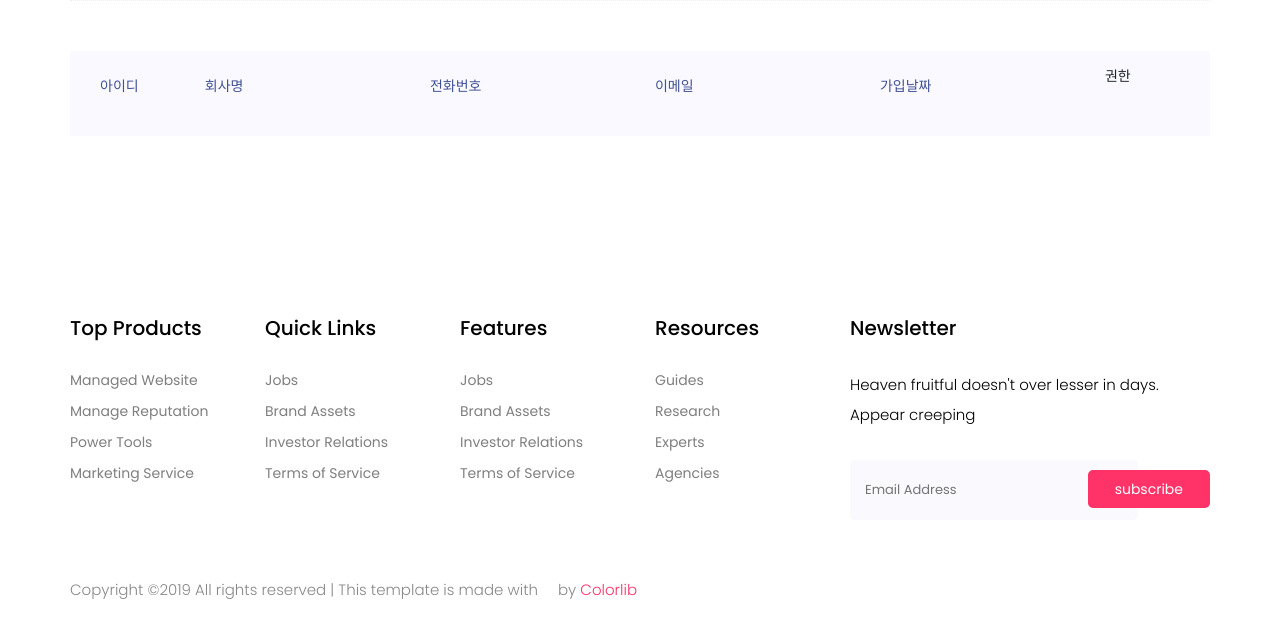
Repository: Park-SM/JspInUniv
Page: http://localhost/park-shop/member-list.jsp
An editor plug-in stored every save of this project. The page is shown before and after a run of saves, followed by the edit.
The browser window is 1280 px wide. The pictures show the part of the page from y = 499 to 1129 px (the page is 1129 px tall).
Some web fonts or font styles are not loaded; a fallback is used. The page is served by Tomcat 9. Other server files are loaded and not shown.

Above is the page before, as saved 2019-12-18 18:13:23.

### 2a201612015/park-shop/WebContent/member-list.jsp
<%@ page language="java" contentType="text/html; charset=UTF-8" pageEncoding="UTF-8"%>
<%@ taglib uri="http://java.sun.com/jsp/jstl/core" prefix="c" %>
<!doctype html>
<html lang="zxx">

<head>
	<!-- Required meta tags -->
	<meta charset="utf-8">
	<meta name="viewport" content="width=device-width, initial-scale=1, shrink-to-fit=no">
	<title>aranoz</title>
	<link rel="icon" href="img/favicon.png">
	<!-- Bootstrap CSS -->
	<link rel="stylesheet" href="css/bootstrap.min.css">
	<!-- animate CSS -->
	<link rel="stylesheet" href="css/animate.css">
	<!-- owl carousel CSS -->
	<link rel="stylesheet" href="css/owl.carousel.min.css">
	<!-- font awesome CSS -->
	<link rel="stylesheet" href="css/all.css">
	<!-- flaticon CSS -->
	<link rel="stylesheet" href="css/flaticon.css">
	<link rel="stylesheet" href="css/themify-icons.css">
	<link rel="stylesheet" href="css/nice-select.css">
	<!-- font awesome CSS -->
	<link rel="stylesheet" href="css/magnific-popup.css">
	<!-- swiper CSS -->
	<link rel="stylesheet" href="css/slick.css">
	<!-- style CSS -->
	<link rel="stylesheet" href="css/style.css">
</head>

<body>
	<!--::header part start::-->
	<%@ include file="header.jsp" %>
	<!-- Header part end-->


	<!-- breadcrumb start-->
	<section class="breadcrumb breadcrumb_bg">
		<div class="container">
			<div class="row">
				<div class="col-lg-12">
					<div class="breadcrumb_iner text-center">
						<div class="breadcrumb_iner_item">
							<h2>elements</h2>
						</div>
					</div>
				</div>
			</div>
		</div>
	</section>
	<!-- breadcrumb start-->

	<!-- Start Align Area -->
	<div class="whole-wrap">
		<div class="container box_1170">
			<div class="section-top-border">
				<div class="progress-table-wrap">
					<div class="progress-table">
						<div class="table-head">
							<div class="serial">아이디</div>
							<div class="visit">회사명</div>
							<div class="visit">전화번호</div>
							<div class="visit">이메일</div>
							<div class="visit">가입날짜</div>
							<div>권한</div>
						</div>

						 <c:choose>
	                         <c:when test="${ requestScope.memberlist != null}" >
	                            <c:forEach var="m" items="${ requestScope.memberlist }">
									<div class="table-row">
										<div class="serial">${ m.id }</div>
										<div class="visit">${ m.name }</div>
										<div class="visit">${ m.phone }</div>
										<div class="visit">${ m.email }</div>
										<div class="visit">${ m.regDate }</div>
										<div>${ m.rank }</div>
									</div>
								</c:forEach>
	                         </c:when>
	                         <c:otherwise>
	                         </c:otherwise>
                         </c:choose>

					</div>
				</div>
			</div>
		</div>
	</div>
	<!-- End Align Area -->

	<!--::footer_part start::-->
	<%@ include file="footer.jsp" %>
	<!--::footer_part end::-->

	<!-- jquery plugins here-->
	<!-- jquery -->
	<script src="js/jquery-1.12.1.min.js"></script>
	<!-- popper js -->
	<script src="js/popper.min.js"></script>
	<!-- bootstrap js -->
	<script src="js/bootstrap.min.js"></script>
	<!-- easing js -->
	<script src="js/jquery.magnific-popup.js"></script>
	<!-- swiper js -->
	<script src="js/swiper.min.js"></script>
	<!-- swiper js -->
	<script src="js/masonry.pkgd.js"></script>
	<!-- particles js -->
	<script src="js/owl.carousel.min.js"></script>
	<script src="js/jquery.nice-select.min.js"></script>
	<!-- slick js -->
	<script src="js/slick.min.js"></script>
	<script src="js/jquery.counterup.min.js"></script>
	<script src="js/waypoints.min.js"></script>
	<script src="js/contact.js"></script>
	<script src="js/jquery.ajaxchimp.min.js"></script>
	<script src="js/jquery.form.js"></script>
	<script src="js/jquery.validate.min.js"></script>
	<script src="js/mail-script.js"></script>
	<!-- custom js -->
	<script src="js/custom.js"></script>
</body>

</html>

### 2a201612015/park-shop/WebContent/header.jsp
    <%@ taglib uri="http://java.sun.com/jsp/jstl/core" prefix="c" %>

    <header class="main_menu home_menu">
        <div class="container">
            <div class="row align-items-center">
                <div class="col-lg-12">
                    <nav class="navbar navbar-expand-lg navbar-light">
                        <a class="navbar-brand" href="index.jsp"> <img src="img/logo.png" alt="logo"> </a>
                        <button class="navbar-toggler" type="button" data-toggle="collapse"
                            data-target="#navbarSupportedContent" aria-controls="navbarSupportedContent"
                            aria-expanded="false" aria-label="Toggle navigation">
                            <span class="menu_icon"><i class="fas fa-bars"></i></span>
                        </button>

                        <div class="collapse navbar-collapse main-menu-item" id="navbarSupportedContent">
                            <ul class="navbar-nav">
                                <li class="nav-item">
                                    <a class="nav-link" href="member-list.do">Members</a>
                                </li>
                                <li class="nav-item dropdown">
                                    <a class="nav-link dropdown-toggle" href="blog.jsp" id="navbarDropdown_1"
                                        role="button" data-toggle="dropdown" aria-haspopup="true" aria-expanded="false">
                                        Shop
                                    </a>
                                    <div class="dropdown-menu" aria-labelledby="navbarDropdown_1">
                                        <a class="dropdown-item" href="category.jsp"> shop category</a>
                                        <a class="dropdown-item" href="product-list.do">product lists</a>
                                    </div>
                                </li>
                                <li class="nav-item dropdown">
                                    <a class="nav-link dropdown-toggle" href="blog.jsp" id="navbarDropdown_3"
                                        role="button" data-toggle="dropdown" aria-haspopup="true" aria-expanded="false">
                                        pages
                                    </a>
                                    <div class="dropdown-menu" aria-labelledby="navbarDropdown_2">
                                    	<c:if test="${sessionScope.login != 'success' }">
                                        	<a class="dropdown-item" href="login.jsp"> login</a>
                                        </c:if>

                                         <c:choose>
				                            <c:when test="${ sessionScope.login_id == 'admin' }" >
				                            	<a class="dropdown-item" href="product-register.jsp">product register</a>
				                            </c:when>
				                        </c:choose>
                                        <a class="dropdown-item" href="member-list.do">member-list</a>
                                        <a class="dropdown-item" href="checkout.jsp">product checkout</a>
                                        <a class="dropdown-item" href="cart.jsp">shopping cart</a>
                                        <a class="dropdown-item" href="confirmation.jsp">confirmation</a>
                                        <a class="dropdown-item" href="elements.jsp">elements</a>
                                    </div>
                                </li>
                                <li class="nav-item dropdown">
                                    <a class="nav-link dropdown-toggle" href="blog.jsp" id="navbarDropdown_2"
                                        role="button" data-toggle="dropdown" aria-haspopup="true" aria-expanded="false">
                                        blog
                                    </a>
                                    <div class="dropdown-menu" aria-labelledby="navbarDropdown_2">
                                        <a class="dropdown-item" href="blog.jsp"> blog</a>
                                        <a class="dropdown-item" href="single-blog.jsp">Single blog</a>
                                    </div>
                                </li>

                                <li class="nav-item">
                                    <a class="nav-link" href="contact.jsp">Contact</a>
                                </li>
                            </ul>
                        </div>
                        <div class="hearer_icon d-flex">
                            <a id="search_1" href="javascript:void(0)"><i class="ti-search"></i></a>

                            <c:choose>
	                            <c:when test="${sessionScope.login != 'success'}" >
	                            	<a href="login.jsp"><i class="ti-heart-broken"></i></a>
	                            </c:when>
	                            <c:otherwise>
	                            	<a href='confirm-pw.jsp?id=${ sessionScope.login_id }'><i class="ti-user"></i></button>
	                            	<a href="logout.jsp"><i class="ti-arrow-right"></i></a>
	                            </c:otherwise>
                            </c:choose>



                        <%---
                            <%
                            	String loginInfo = (String) session.getAttribute("login");
                            	if (loginInfo != null && loginInfo.equals("success")) {
                            %>
                            		<a href="info.jsp"><i class="ti-heart"></i></a>
                            		<a href="logout.jsp"><i class="ti-arrow-right"></i></a>
                            <%
                            	} else {
                            %>
                            		<a href="login.jsp"><i class="ti-heart-broken"></i></a>
                            <%
                            	}
                            %>
                        --%>

                            <div class="dropdown cart">
                                <a class="dropdown-toggle" href="./product-list.do" id="navbarDropdown3" role="button">
                                    <i class="fas fa-cart-plus"></i>
                                </a>
                                <!-- <div class="dropdown-menu" aria-labelledby="navbarDropdown">
                                    <div class="single_product">

                                    </div>
                                </div> -->

                            </div>
                        </div>
                    </nav>
                </div>
            </div>
        </div>
    </header>

### 2a201612015/park-shop/WebContent/footer.jsp
<footer class="footer_part">
        <div class="container">
            <div class="row justify-content-around">
                <div class="col-sm-6 col-lg-2">
                    <div class="single_footer_part">
                        <h4>Top Products</h4>
                        <ul class="list-unstyled">
                            <li><a href="">Managed Website</a></li>
                            <li><a href="">Manage Reputation</a></li>
                            <li><a href="">Power Tools</a></li>
                            <li><a href="">Marketing Service</a></li>
                        </ul>
                    </div>
                </div>
                <div class="col-sm-6 col-lg-2">
                    <div class="single_footer_part">
                        <h4>Quick Links</h4>
                        <ul class="list-unstyled">
                            <li><a href="">Jobs</a></li>
                            <li><a href="">Brand Assets</a></li>
                            <li><a href="">Investor Relations</a></li>
                            <li><a href="">Terms of Service</a></li>
                        </ul>
                    </div>
                </div>
                <div class="col-sm-6 col-lg-2">
                    <div class="single_footer_part">
                        <h4>Features</h4>
                        <ul class="list-unstyled">
                            <li><a href="">Jobs</a></li>
                            <li><a href="">Brand Assets</a></li>
                            <li><a href="">Investor Relations</a></li>
                            <li><a href="">Terms of Service</a></li>
                        </ul>
                    </div>
                </div>
                <div class="col-sm-6 col-lg-2">
                    <div class="single_footer_part">
                        <h4>Resources</h4>
                        <ul class="list-unstyled">
                            <li><a href="">Guides</a></li>
                            <li><a href="">Research</a></li>
                            <li><a href="">Experts</a></li>
                            <li><a href="">Agencies</a></li>
                        </ul>
                    </div>
                </div>
                <div class="col-sm-6 col-lg-4">
                    <div class="single_footer_part">
                        <h4>Newsletter</h4>
                        <p>Heaven fruitful doesn't over lesser in days. Appear creeping
                        </p>
                        <div id="mc_embed_signup">
                            <form target="_blank"
                                action="https://spondonit.us12.list-manage.com/subscribe/post?u=1462626880ade1ac87bd9c93a&amp;id=92a4423d01"
                                method="get" class="subscribe_form relative mail_part">
                                <input type="email" name="email" id="newsletter-form-email" placeholder="Email Address"
                                    class="placeholder hide-on-focus" onfocus="this.placeholder = ''"
                                    onblur="this.placeholder = ' Email Address '">
                                <button type="submit" name="submit" id="newsletter-submit"
                                    class="email_icon newsletter-submit button-contactForm">subscribe</button>
                                <div class="mt-10 info"></div>
                            </form>
                        </div>
                    </div>
                </div>
            </div>

        </div>
        <div class="copyright_part">
            <div class="container">
                <div class="row">
                    <div class="col-lg-8">
                        <div class="copyright_text">
                            <P><!-- Link back to Colorlib can't be removed. Template is licensed under CC BY 3.0. -->
Copyright &copy;<script>document.write(new Date().getFullYear());</script> All rights reserved | This template is made with <i class="ti-heart" aria-hidden="true"></i> by <a href="https://colorlib.com" target="_blank">Colorlib</a>
<!-- Link back to Colorlib can't be removed. Template is licensed under CC BY 3.0. --></P>
                        </div>
                    </div>
                    <div class="col-lg-4">
                        <div class="footer_icon social_icon">
                            <ul class="list-unstyled">
                                <li><a href="#" class="single_social_icon"><i class="fab fa-facebook-f"></i></a></li>
                                <li><a href="#" class="single_social_icon"><i class="fab fa-twitter"></i></a></li>
                                <li><a href="#" class="single_social_icon"><i class="fas fa-globe"></i></a></li>
                                <li><a href="#" class="single_social_icon"><i class="fab fa-behance"></i></a></li>
                            </ul>
                        </div>
                    </div>
                </div>
            </div>
        </div>
    </footer>

### 2a201612015/park-shop/WebContent/js/contact.js
$(document).ready(function(){

    (function($) {
        "use strict";


    jQuery.validator.addMethod('answercheck', function (value, element) {
        return this.optional(element) || /^\bcat\b$/.test(value)
    }, "type the correct answer -_-");

    // validate contactForm form
    $(function() {
        $('#contactForm').validate({
            rules: {
                name: {
                    required: true,
                    minlength: 2
                },
                subject: {
                    required: true,
                    minlength: 4
                },
                number: {
                    required: true,
                    minlength: 5
                },
                email: {
                    required: true,
                    email: true
                },
                message: {
                    required: true,
                    minlength: 20
                }
            },
            messages: {
                name: {
                    required: "come on, you have a name, don't you?",
                    minlength: "your name must consist of at least 2 characters"
                },
                subject: {
                    required: "come on, you have a subject, don't you?",
                    minlength: "your subject must consist of at least 4 characters"
                },
                number: {
                    required: "come on, you have a number, don't you?",
                    minlength: "your Number must consist of at least 5 characters"
                },
                email: {
                    required: "no email, no message"
                },
                message: {
                    required: "um...yea, you have to write something to send this form.",
                    minlength: "thats all? really?"
                }
            },
            submitHandler: function(form) {
                $(form).ajaxSubmit({
                    type:"POST",
                    data: $(form).serialize(),
                    url:"contact_process.php",
                    success: function() {
                        $('#contactForm :input').attr('disabled', 'disabled');
                        $('#contactForm').fadeTo( "slow", 1, function() {
                            $(this).find(':input').attr('disabled', 'disabled');
                            $(this).find('label').css('cursor','default');
                            $('#success').fadeIn()
                            $('.modal').modal('hide');
		                	$('#success').modal('show');
                        })
                    },
                    error: function() {
                        $('#contactForm').fadeTo( "slow", 1, function() {
                            $('#error').fadeIn()
                            $('.modal').modal('hide');
		                	$('#error').modal('show');
                        })
                    }
                })
            }
        })
    })

 })(jQuery)
})

### 2a201612015/park-shop/WebContent/js/mail-script.js
    // -------   Mail Send ajax

     $(document).ready(function() {
        var form = $('#myForm'); // contact form
        var submit = $('.submit-btn'); // submit button
        var alert = $('.alert-msg'); // alert div for show alert message

        // form submit event
        form.on('submit', function(e) {
            e.preventDefault(); // prevent default form submit

            $.ajax({
                url: 'mail.php', // form action url
                type: 'POST', // form submit method get/post
                dataType: 'html', // request type html/json/xml
                data: form.serialize(), // serialize form data
                beforeSend: function() {
                    alert.fadeOut();
                    submit.html('Sending....'); // change submit button text
                },
                success: function(data) {
                    alert.html(data).fadeIn(); // fade in response data
                    form.trigger('reset'); // reset form
                    submit.attr("style", "display: none !important");; // reset submit button text
                },
                error: function(e) {
                    console.log(e)
                }
            });
        });
    });

Loaded but not shown: 2a201612015/park-shop/WebContent/css/bootstrap.min.css (library); 2a201612015/park-shop/WebContent/css/animate.css (library); 2a201612015/park-shop/WebContent/css/owl.carousel.min.css (library); 2a201612015/park-shop/WebContent/css/all.css (library); 2a201612015/park-shop/WebContent/css/flaticon.css (common file); 2a201612015/park-shop/WebContent/css/themify-icons.css (common file); 2a201612015/park-shop/WebContent/css/nice-select.css (common file); 2a201612015/park-shop/WebContent/css/magnific-popup.css (library); 2a201612015/park-shop/WebContent/css/slick.css (common file); 2a201612015/park-shop/WebContent/css/style.css (library); 2a201612015/park-shop/WebContent/js/jquery-1.12.1.min.js (library); 2a201612015/park-shop/WebContent/js/popper.min.js (library); 2a201612015/park-shop/WebContent/js/bootstrap.min.js (library); 2a201612015/park-shop/WebContent/js/jquery.magnific-popup.js (library); 2a201612015/park-shop/WebContent/js/swiper.min.js (library); 2a201612015/park-shop/WebContent/js/owl.carousel.min.js (library); 2a201612015/park-shop/WebContent/js/jquery.nice-select.min.js (common file); 2a201612015/park-shop/WebContent/js/slick.min.js (library); 2a201612015/park-shop/WebContent/js/jquery.counterup.min.js (common file); 2a201612015/park-shop/WebContent/js/waypoints.min.js (library); 2a201612015/park-shop/WebContent/js/jquery.ajaxchimp.min.js (library); 2a201612015/park-shop/WebContent/js/jquery.form.js (library); 2a201612015/park-shop/WebContent/js/jquery.validate.min.js (library); 2a201612015/park-shop/WebContent/js/masonry.pkgd.js (2503 lines, source omitted); 2a201612015/park-shop/WebContent/js/custom.js (360 lines, source omitted)

After the next 4 saves:
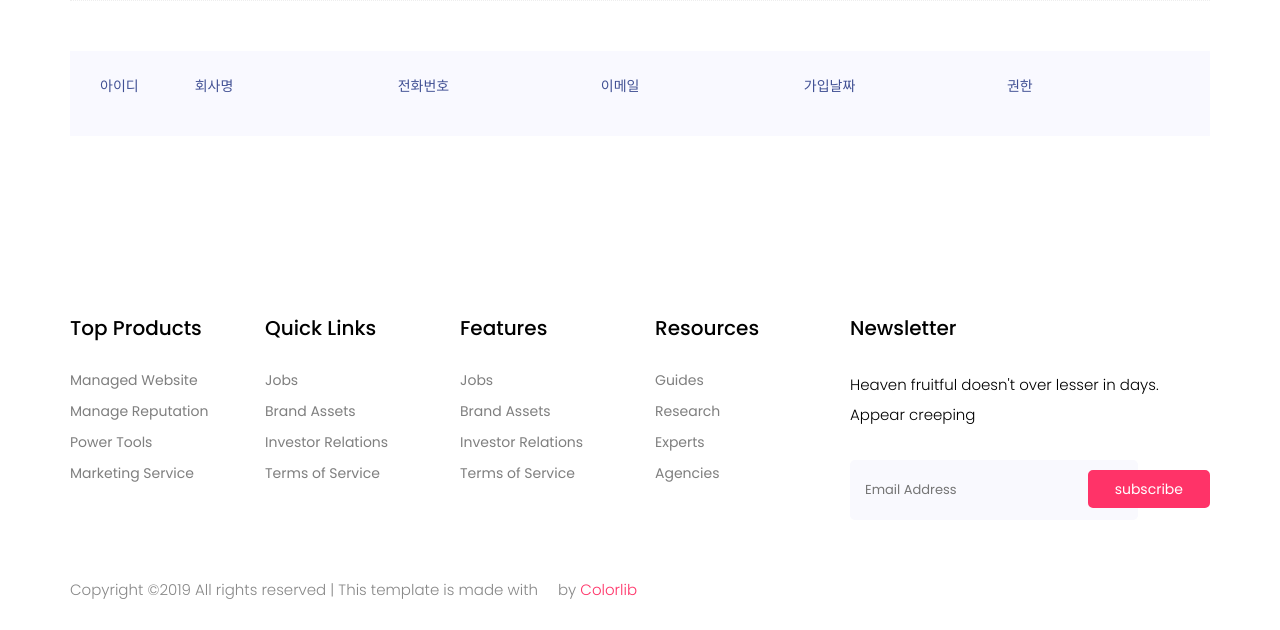
The 4 saves are shown as one change because they came seconds apart.
The last was saved 16 s later.
--- a/2a201612015/park-shop/WebContent/member-list.jsp
+++ b/2a201612015/park-shop/WebContent/member-list.jsp
@@ -63,7 +63,7 @@
 							<div class="visit">전화번호</div>
 							<div class="visit">이메일</div>
 							<div class="visit">가입날짜</div>
-							<div>권한</div>
+							<div class="visit">권한</div>
 						</div>
 
 						 <c:choose>
@@ -75,7 +75,7 @@
 										<div class="visit">${ m.phone }</div>
 										<div class="visit">${ m.email }</div>
 										<div class="visit">${ m.regDate }</div>
-										<div>${ m.rank }</div>
+										<div class="visit">${ m.rank }</div>
 									</div>
 								</c:forEach>
 	                         </c:when>
